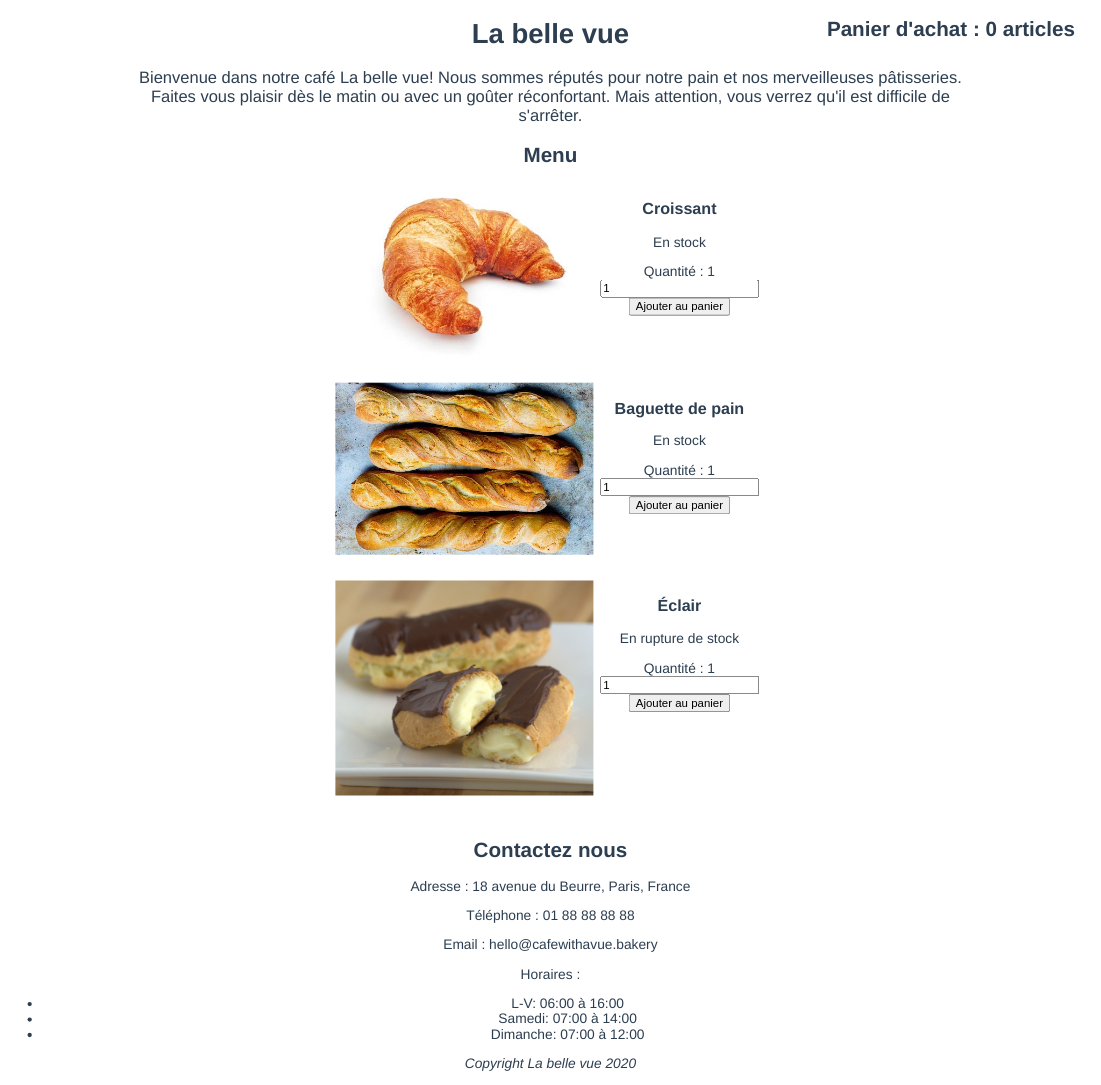
Repository: arione15/OC-tuto_cafe-avec-vue_Vue.js
Page: Partie 1 Créez votre première app Vue.js/Vue-fr-P1C4-Solution/cafe-with-a-vue/index.html
An editor plug-in stored every save of this project. The page is shown before and after the next save, followed by the edit.
The browser window is 1280 px wide. The pictures show the whole page, at 86% of full size.

Above is the page before, as saved 2021-09-06 17:02:23.

After the next save:
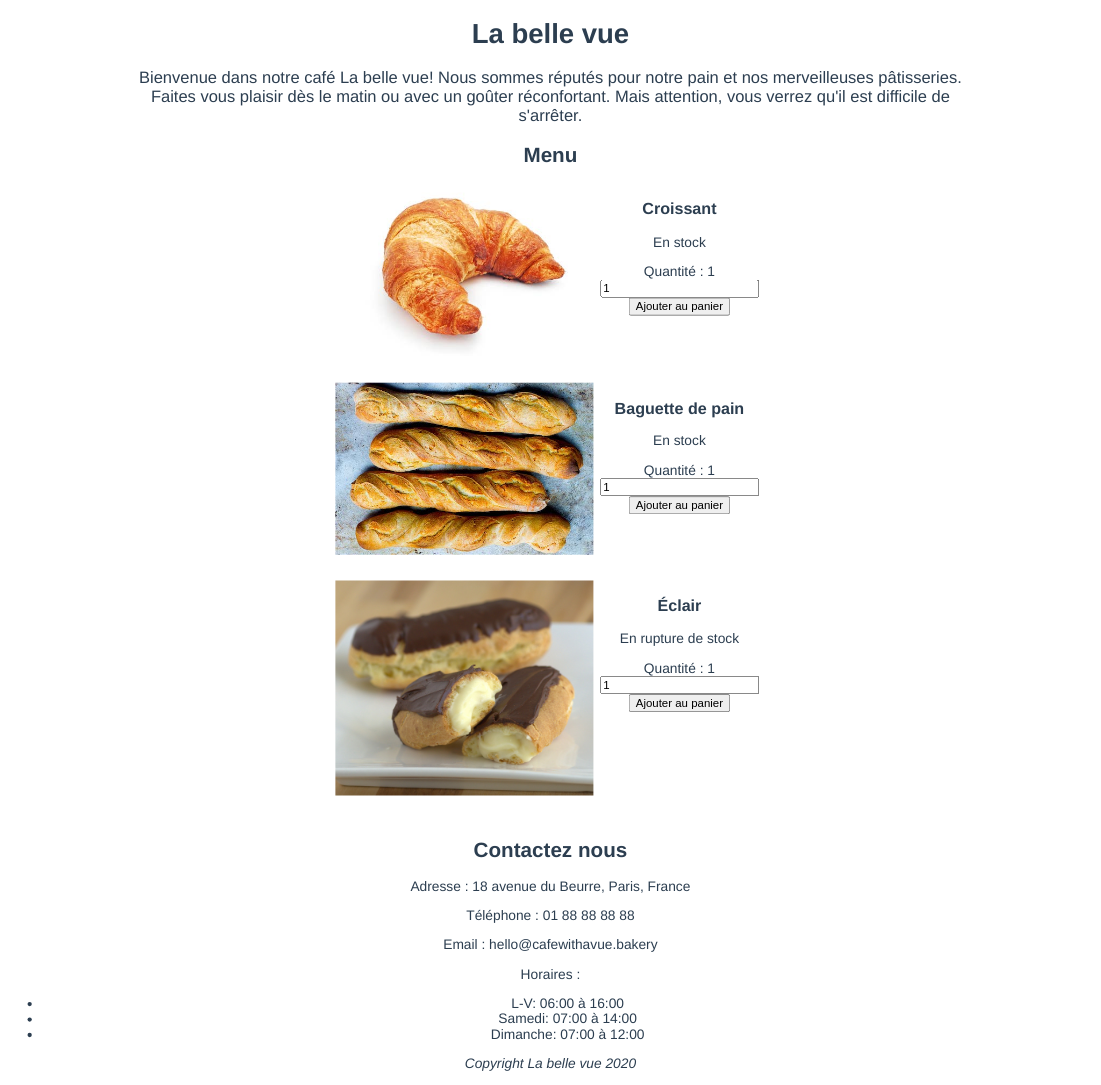
Saved 3 min 38 s later.
--- a/Partie 1 Créez votre première app Vue.js/Vue-fr-P1C4-Solution/cafe-with-a-vue/index.html
+++ b/Partie 1 Créez votre première app Vue.js/Vue-fr-P1C4-Solution/cafe-with-a-vue/index.html
@@ -46,9 +46,7 @@
 				</div>
 			</section>
 
-			<aside class="shopping-cart">
-				<h2>Panier d'achat : {{ shoppingCart }} articles</h2>
-			</aside>
+
 
 			<h2>Contactez nous</h2>
 			<p>Adresse : {{ address }}</p>

After the save that followed:
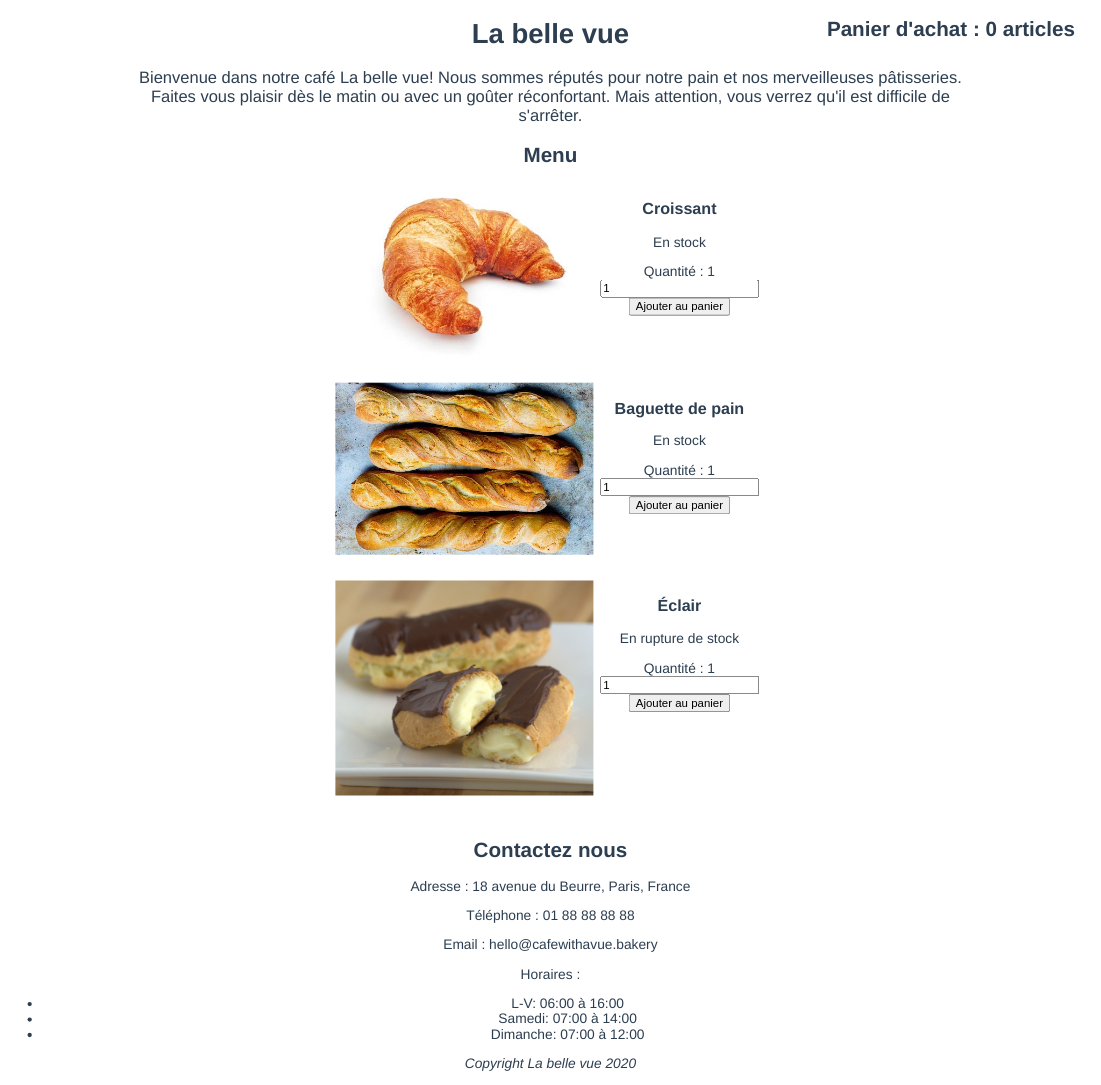
Saved 4 s later.
--- a/Partie 1 Créez votre première app Vue.js/Vue-fr-P1C4-Solution/cafe-with-a-vue/index.html
+++ b/Partie 1 Créez votre première app Vue.js/Vue-fr-P1C4-Solution/cafe-with-a-vue/index.html
@@ -44,6 +44,9 @@
 						</div>
 					</div>
 				</div>
+				<aside class="shopping-cart">
+					<h2>Panier d'achat : {{ shoppingCart }} articles</h2>
+				</aside>
 			</section>
 
 
